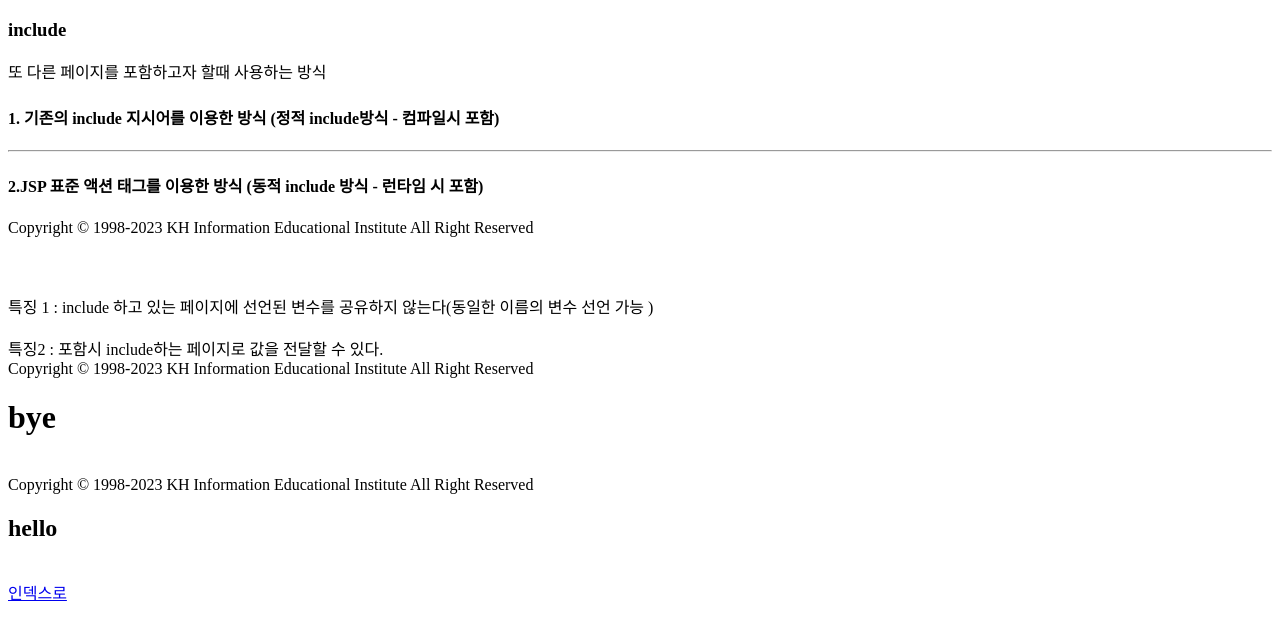
Repository: MangwonCassie/khserverclass
Page: http://localhost/actionProject/views/03_include.jsp
The author's editor kept a copy of each file at every save. The page is drawn from the files as they stood at one save, then again after the next save.
The browser window is 1280 px wide. The pictures show the whole page.
The page is served by Tomcat 9.

Above is the page before, as saved 2023-05-11 05:59:29.

After the next save:
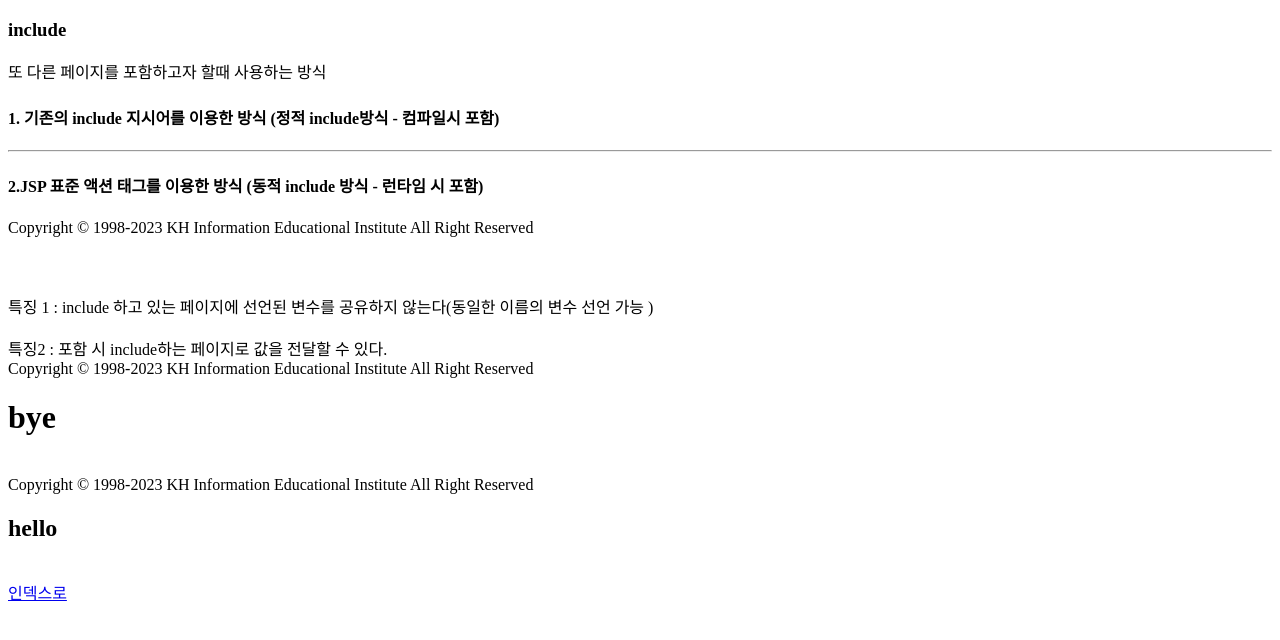
Saved 32 min 20 s later.
--- a/actionProject/actionProject/WebContent/views/03_include.jsp
+++ b/actionProject/actionProject/WebContent/views/03_include.jsp
@@ -32,7 +32,7 @@
 	특징 1 : include 하고 있는 페이지에 선언된 변수를 공유하지 않는다(동일한 이름의 변수 선언 가능 )<br>
 	<%String year ="2024"; %>
 	<br>
-	특징2 : 포함시 include하는 페이지로 값을 전달할 수 있다. <br>
+	특징2 : 포함 시 include하는 페이지로 값을 전달할 수 있다. <br>
 	<jsp:include page="footer.jsp">
 		<jsp:param value="bye" name="hi"/>
 	</jsp:include>
